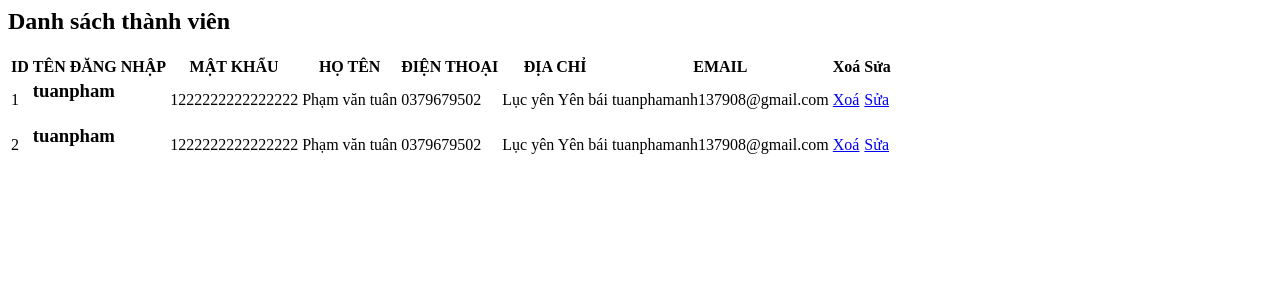
Repository: tuanpham-aptech/sportequiptment
Page: http://localhost/admin/views/members/show_member.php
An editor plug-in stored every save of this project. The page is shown before and after the next save, followed by the edit.
The browser window is 1280 px wide. The pictures show the whole page.
The page is run by PHP 8.4 with error messages shown; the project is at /var/www/html/.

Above is the page before, as saved 2021-10-22 06:46:43.

### admin/views/members/show_member.php
<div class="member">
<h2 class="member-title">Danh sách thành viên </h2>
                    <table class="member-table">
                        <thead class="member-table--thead">
                          <th class="member-table--th">ID</th>
                          <th  class="member-table--th">TÊN ĐĂNG NHẬP </th>
                          <th  class="member-table--th">MẬT KHẨU </th>
                          <th  class="member-table--th">HỌ TÊN </th>
                          <th  class="member-table--th">ĐIỆN THOẠI  </th>
                          <th  class="member-table--th">ĐỊA CHỈ  </th>
                          <th  class="member-table--th">EMAIL </th>
                          <th  class="member-table--th">Xoá </th>
                          <th  class="member-table--th">Sửa</th>
                        </thead>
                        <tbody>
                          <tr  class="member-table--tr">
                            <td class="member-table--td">1</td>
                            <td class="member-table--td"><h3 class="member-heading">tuanpham</h3></td>
                            <td class="member-table--td"><span class="member-pass">1222222222222222</span></td>
                            <td class="member-table--td"><span class="member-full">Phạm văn tuân</span></td>
                            <td class="member-table--td"><span class="member-mobile">0379679502</span></td>
                            <td class="member-table--td"><span class="member-address">Lục yên Yên bái</span> </td>
                            <td class="member-table--td"><span class="member-email">tuanphamanh137908@gmail.com</span></td>
                            <td class="member-table--td"><a href="#!" class="btn btn--primary">Xoá </a> </td>
                            <td class="member-table--td"><a href="#!" class="btn btn-secondary">Sửa</a></td>
                          </tr>
                          <tr class="member-table--tr">
                            <td class="member-table--td">2</td>
                            <td class="member-table--td"><h3 class="member-heading">tuanpham</h3></td>
                            <td class="member-table--td"><span class="member-pass">1222222222222222</span></td>
                            <td class="member-table--td"><span class="member-full">Phạm văn tuân</span></td>
                            <td class="member-table--td"><span class="member-mobile">0379679502</span></td>
                            <td class="member-table--td"><span class="member-address">Lục yên Yên bái</span> </td>
                            <td class="member-table--td"><span class="member-email">tuanphamanh137908@gmail.com</span></td>
                            <td class="member-table--td"><a href="#!" class="btn btn--primary">Xoá </a> </td>
                            <td class="member-table--td"><a href="#!" class="btn btn-secondary">Sửa</a></td>
                          </tr>
                        </tbody>
                      </table>
                </div>

After the next save:
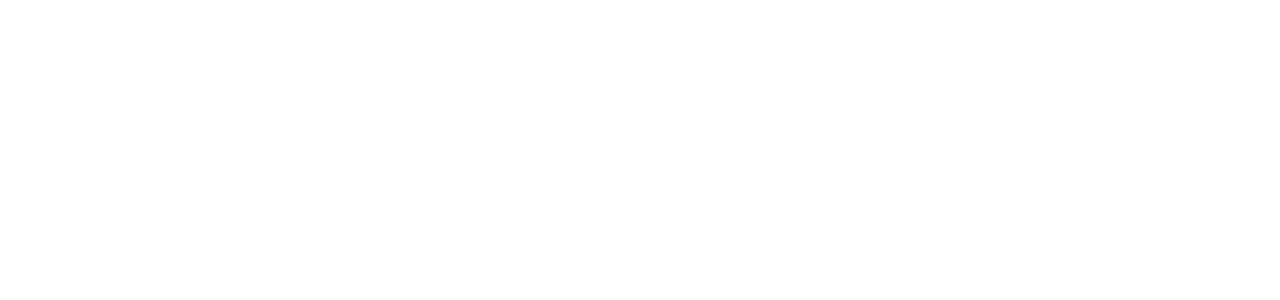
Saved 20 s later.
--- a/admin/views/members/show_member.php
+++ b/admin/views/members/show_member.php
@@ -1,40 +1 @@
 <div class="member">
-<h2 class="member-title">Danh sách thành viên </h2>
-                    <table class="member-table">
-                        <thead class="member-table--thead">
-                          <th class="member-table--th">ID</th>
-                          <th  class="member-table--th">TÊN ĐĂNG NHẬP </th>
-                          <th  class="member-table--th">MẬT KHẨU </th>
-                          <th  class="member-table--th">HỌ TÊN </th>
-                          <th  class="member-table--th">ĐIỆN THOẠI  </th>
-                          <th  class="member-table--th">ĐỊA CHỈ  </th>
-                          <th  class="member-table--th">EMAIL </th>
-                          <th  class="member-table--th">Xoá </th>
-                          <th  class="member-table--th">Sửa</th>
-                        </thead>
-                        <tbody>
-                          <tr  class="member-table--tr">
-                            <td class="member-table--td">1</td>
-                            <td class="member-table--td"><h3 class="member-heading">tuanpham</h3></td>
-                            <td class="member-table--td"><span class="member-pass">1222222222222222</span></td>
-                            <td class="member-table--td"><span class="member-full">Phạm văn tuân</span></td>
-                            <td class="member-table--td"><span class="member-mobile">0379679502</span></td>
-                            <td class="member-table--td"><span class="member-address">Lục yên Yên bái</span> </td>
-                            <td class="member-table--td"><span class="member-email">tuanphamanh137908@gmail.com</span></td>
-                            <td class="member-table--td"><a href="#!" class="btn btn--primary">Xoá </a> </td>
-                            <td class="member-table--td"><a href="#!" class="btn btn-secondary">Sửa</a></td>
-                          </tr>
-                          <tr class="member-table--tr">
-                            <td class="member-table--td">2</td>
-                            <td class="member-table--td"><h3 class="member-heading">tuanpham</h3></td>
-                            <td class="member-table--td"><span class="member-pass">1222222222222222</span></td>
-                            <td class="member-table--td"><span class="member-full">Phạm văn tuân</span></td>
-                            <td class="member-table--td"><span class="member-mobile">0379679502</span></td>
-                            <td class="member-table--td"><span class="member-address">Lục yên Yên bái</span> </td>
-                            <td class="member-table--td"><span class="member-email">tuanphamanh137908@gmail.com</span></td>
-                            <td class="member-table--td"><a href="#!" class="btn btn--primary">Xoá </a> </td>
-                            <td class="member-table--td"><a href="#!" class="btn btn-secondary">Sửa</a></td>
-                          </tr>
-                        </tbody>
-                      </table>
-                </div>

After the save that followed:
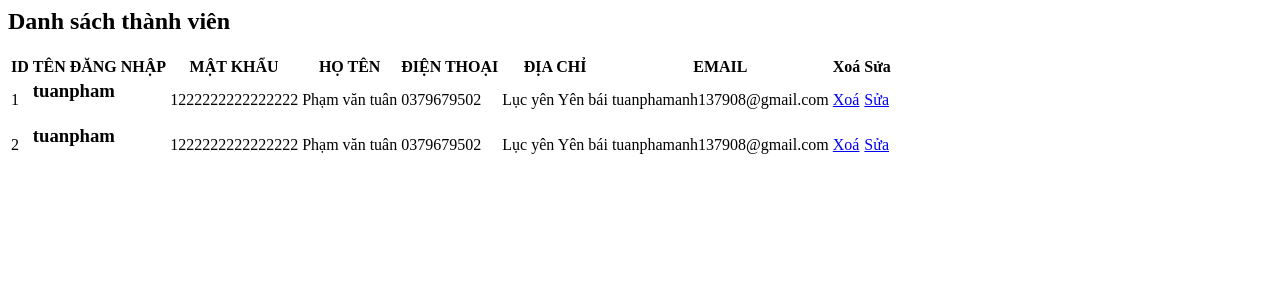
Saved 6 s later.
--- a/admin/views/members/show_member.php
+++ b/admin/views/members/show_member.php
@@ -1 +1,40 @@
 <div class="member">
+<h2 class="member-title">Danh sách thành viên </h2>
+                    <table class="member-table">
+                        <thead class="member-table--thead">
+                          <th class="member-table--th">ID</th>
+                          <th  class="member-table--th">TÊN ĐĂNG NHẬP </th>
+                          <th  class="member-table--th">MẬT KHẨU </th>
+                          <th  class="member-table--th">HỌ TÊN </th>
+                          <th  class="member-table--th">ĐIỆN THOẠI  </th>
+                          <th  class="member-table--th">ĐỊA CHỈ  </th>
+                          <th  class="member-table--th">EMAIL </th>
+                          <th  class="member-table--th">Xoá </th>
+                          <th  class="member-table--th">Sửa</th>
+                        </thead>
+                        <tbody>
+                          <tr  class="member-table--tr">
+                            <td class="member-table--td">1</td>
+                            <td class="member-table--td"><h3 class="member-heading">tuanpham</h3></td>
+                            <td class="member-table--td"><span class="member-pass">1222222222222222</span></td>
+                            <td class="member-table--td"><span class="member-full">Phạm văn tuân</span></td>
+                            <td class="member-table--td"><span class="member-mobile">0379679502</span></td>
+                            <td class="member-table--td"><span class="member-address">Lục yên Yên bái</span> </td>
+                            <td class="member-table--td"><span class="member-email">tuanphamanh137908@gmail.com</span></td>
+                            <td class="member-table--td"><a href="#!" class="btn btn--primary">Xoá </a> </td>
+                            <td class="member-table--td"><a href="#!" class="btn btn-secondary">Sửa</a></td>
+                          </tr>
+                          <tr class="member-table--tr">
+                            <td class="member-table--td">2</td>
+                            <td class="member-table--td"><h3 class="member-heading">tuanpham</h3></td>
+                            <td class="member-table--td"><span class="member-pass">1222222222222222</span></td>
+                            <td class="member-table--td"><span class="member-full">Phạm văn tuân</span></td>
+                            <td class="member-table--td"><span class="member-mobile">0379679502</span></td>
+                            <td class="member-table--td"><span class="member-address">Lục yên Yên bái</span> </td>
+                            <td class="member-table--td"><span class="member-email">tuanphamanh137908@gmail.com</span></td>
+                            <td class="member-table--td"><a href="#!" class="btn btn--primary">Xoá </a> </td>
+                            <td class="member-table--td"><a href="#!" class="btn btn-secondary">Sửa</a></td>
+                          </tr>
+                        </tbody>
+                      </table>
+                </div>
